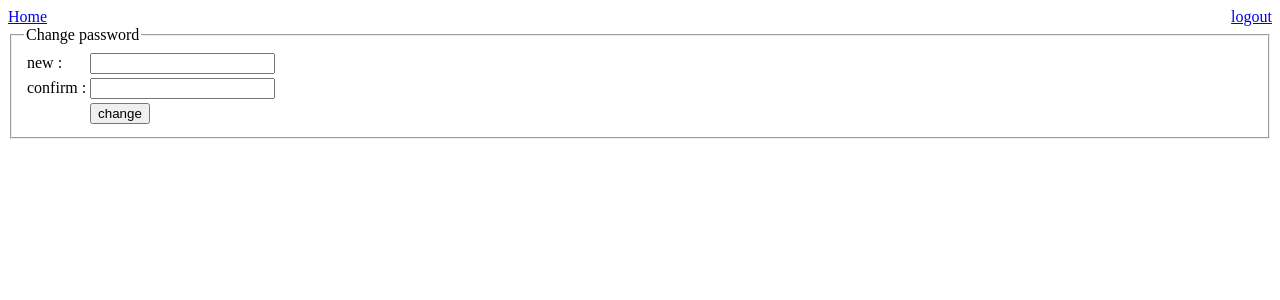
Repository: ashwinibd6697/ust-19sep-ashwinibd
Page: http://localhost/empwebapp/changepassword.jsp
An editor plug-in stored every save of this project. The page is shown before and after the next save, followed by the edit.
The browser window is 1280 px wide. The pictures show the whole page.
The page is served by Tomcat 9. Other server files are loaded and not shown.

Above is the page before, as saved 2019-11-18 12:44:08.

### ust-java/empwebapp/WebContent/changepassword.jsp
<!DOCTYPE html>
<html>
<head>
<meta charset="ISO-8859-1">
<title>Change password</title>
</head>

<jsp:useBean id="msg" class="java.lang.String" scope ="request"></jsp:useBean>
<body>
<a href="./home">Home</a><a style="float :right" href="./logout">logout</a>
<fieldset>
<legend>Change password</legend>
<form action="./change" method = "post">
   <table>
  <tr>
  <td>new     : </td>
  <td><input name ="new" type="password"> </td>
  </tr>
  <tr>
  <td>confirm : </td>
      <td><input name ="changepassword" type ="password" ></td>
      </tr>
    <tr>
    <td></td>
  <td><input type ="submit" value ="change">
</tr>

     </table>
    </form>
    </fieldset>
</body>
</html>

After the next save:
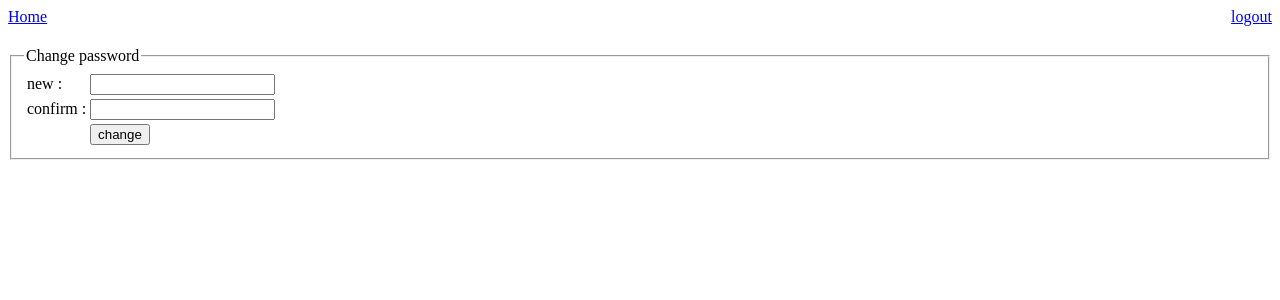
Saved 28 s later.
--- a/ust-java/empwebapp/WebContent/changepassword.jsp
+++ b/ust-java/empwebapp/WebContent/changepassword.jsp
@@ -8,6 +8,7 @@
 <jsp:useBean id="msg" class="java.lang.String" scope ="request"></jsp:useBean>
 <body>
 <a href="./home">Home</a><a style="float :right" href="./logout">logout</a>
+<h4><%=msg %></h4>
 <fieldset>
 <legend>Change password</legend>
 <form action="./change" method = "post">
